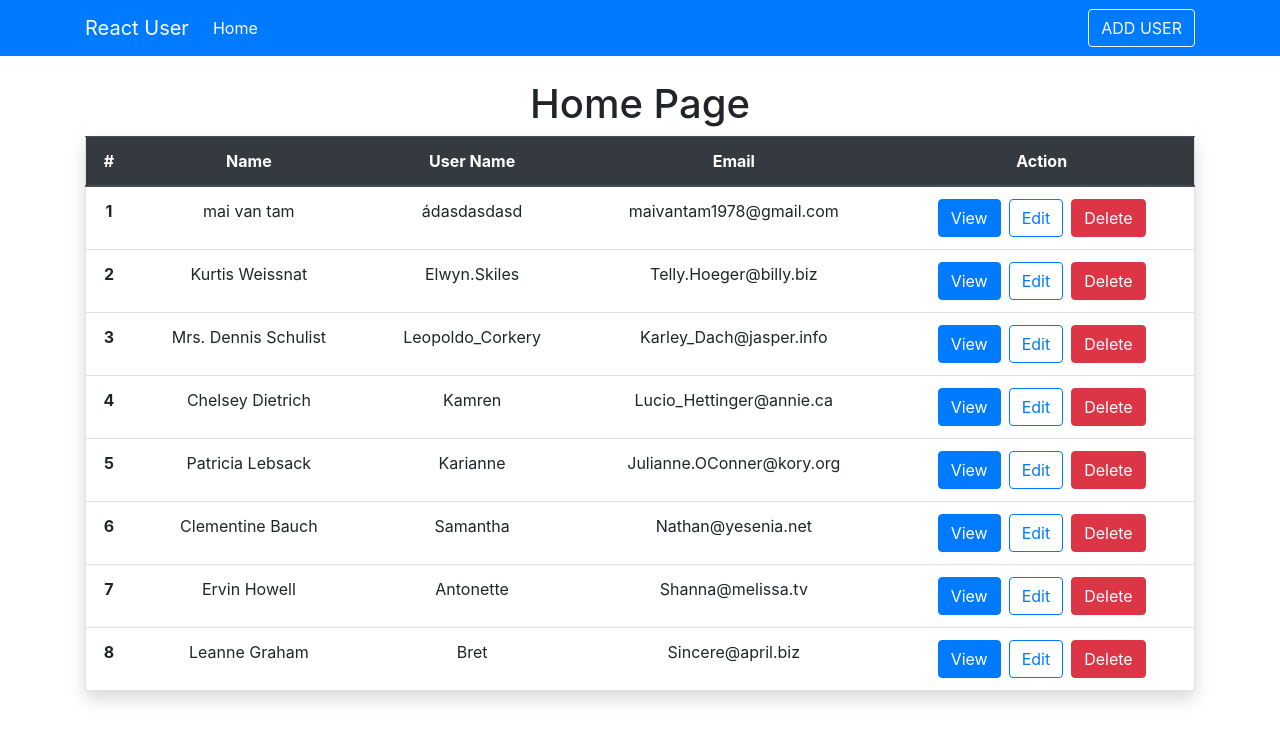
Repository: tammv/crud_product
Page: /
An editor plug-in stored every save of this project. The page is shown before and after the next save, followed by the edit.
The browser window is 1280 px wide. The pictures show the whole page.
The project was rebuilt for these pictures with package versions that can differ from the ones it lists, and the page was loaded fresh each time. Requests to the local data server were answered from the project's data file. Also part of the build but not shown: src/index.css, src/components/pages/NotFound.js, src/components/users/AddUser.js, src/components/users/UpdateUser.js, src/components/users/User.js.

Above is the page before, as saved 2023-07-09 14:53:14.

### src/App.js
import "./App.css";
import React from "react";
import "../node_modules/bootstrap/dist/css/bootstrap.css";
import Home from "./components/pages/Home";
import Navbar from "./components/layout/Navbar";
import { BrowserRouter as Router, Route, Routes } from "react-router-dom";
import NotFound from "./components/pages/NotFound";
import AddUser from "./components/users/AddUser";
import UpdateUser from "./components/users/UpdateUser";
import User from "./components/users/User";

function App(props) {
  return (
    <Router>
      <div className="App">
        <Navbar />

        <Routes>
          <Route exact path="/" element={<Home />} />
          <Route exact path="/users/add" element={<AddUser />} />
          <Route exact path="/users/update/:id" element={<UpdateUser />} />
          <Route exact path="/users/:id" element={<User />}></Route>
          <Route component={NotFound} />
        </Routes>
      </div>
    </Router>
  );
}
export default App;

### src/components/pages/Home.js
import React, { useState, useEffect } from "react";
import axios from "axios";
import { Link } from "react-router-dom";

const Home = () => {
  const [users, setUser] = useState([]);

  useEffect(() => {
    loadUsers();
  }, []);

  const loadUsers = async () => {
    const result = await axios.get("http://localhost:3000/users");
    setUser(result.data.reverse());
  };

  const deleteUser = async (id) => {
    await axios.delete(`http://localhost:3000/users/${id}`);
    loadUsers();
  };

  return (
    <div className="container">
      <div className="py-4">
        <h1>Home Page</h1>
        <table class="table border shadow">
          <thead class="thead-dark">
            <tr>
              <th scope="col">#</th>
              <th scope="col">Name</th>
              <th scope="col">User Name</th>
              <th scope="col">Email</th>
              <th>Action</th>
            </tr>
          </thead>
          <tbody>
            {users.map((user, index) => (
              <tr>
                <th scope="row">{index + 1}</th>
                <td>{user.name}</td>
                <td>{user.username}</td>
                <td>{user.email}</td>
                <td>
                  <Link class="btn btn-primary mr-2" to={`/users/${user.id}`}>
                    View
                  </Link>
                  <Link class="btn btn-outline-primary mr-2" to={`/users/edit/${user.id}`}>
                    Edit
                  </Link>
                  <Link class="btn btn-danger" onClick={() => deleteUser(user.id)}>
                    Delete
                  </Link>
                </td>
              </tr>
            ))}
          </tbody>
        </table>
      </div>
    </div>
  );
};

export default Home;

### src/components/layout/Navbar.js
import React from "react";
import { Link, NavLink } from "react-router-dom";

const Navbar = () => {
  return (
    <nav className="navbar navbar-expand-lg navbar-dark bg-primary">
      <div className="container">
        <Link className="navbar-brand" to="#">
          React User
        </Link>
        <button
          className="navbar-toggler"
          type="button"
          data-toggle="collapse"
          data-target="#navbarSupportedContent"
          aria-controls="navbarSupportedContent"
          aria-expanded="false"
          aria-label="Toggle navigation"
        >
          <span className="navbar-toggler-icon"></span>
        </button>

        <div className="collapse navbar-collapse">
          <ul className="navbar-nav mr-auto">
            <li className="nav-item ">
              <NavLink className="nav-link" exact to="/">
                Home
              </NavLink>
            </li>
          </ul>
        </div>

        <Link className="btn btn-outline-light" to="/users/add">
          ADD USER
        </Link>
      </div>
    </nav>
  );
};

export default Navbar;

### db.json
{
  "users": [
    {
      "id": 1,
      "name": "Leanne Graham",
      "username": "Bret",
      "email": "Sincere@april.biz",
      "address": {
        "street": "Kulas Light",
        "suite": "Apt. 556",
        "city": "Gwenborough",
        "zipcode": "92998-3874",
        "geo": {
          "lat": "-37.3159",
          "lng": "81.1496"
        }
      },
      "phone": "1-770-736-8031 x56442",
      "website": "hildegard.org",
      "company": {
        "name": "Romaguera-Crona",
        "catchPhrase": "Multi-layered client-server neural-net",
        "bs": "harness real-time e-markets"
      }
    },
    {
      "id": 2,
      "name": "Ervin Howell",
      "username": "Antonette",
      "email": "Shanna@melissa.tv",
      "address": {
        "street": "Victor Plains",
        "suite": "Suite 879",
        "city": "Wisokyburgh",
        "zipcode": "90566-7771",
        "geo": {
          "lat": "-43.9509",
          "lng": "-34.4618"
        }
      },
      "phone": "010-692-6593 x09125",
      "website": "anastasia.net",
      "company": {
        "name": "Deckow-Crist",
        "catchPhrase": "Proactive didactic contingency",
        "bs": "synergize scalable supply-chains"
      }
    },
    {
      "id": 3,
      "name": "Clementine Bauch",
      "username": "Samantha",
      "email": "Nathan@yesenia.net",
      "address": {
        "street": "Douglas Extension",
        "suite": "Suite 847",
        "city": "McKenziehaven",
        "zipcode": "59590-4157",
        "geo": {
          "lat": "-68.6102",
          "lng": "-47.0653"
        }
      },
      "phone": "1-463-123-4447",
      "website": "ramiro.info",
      "company": {
        "name": "Romaguera-Jacobson",
        "catchPhrase": "Face to face bifurcated interface",
        "bs": "e-enable strategic applications"
      }
    },
    {
      "id": 4,
      "name": "Patricia Lebsack",
      "username": "Karianne",
      "email": "Julianne.OConner@kory.org",
      "address": {
        "street": "Hoeger Mall",
        "suite": "Apt. 692",
        "city": "South Elvis",
        "zipcode": "53919-4257",
        "geo": {
          "lat": "29.4572",
          "lng": "-164.2990"
        }
      },
      "phone": "493-170-9623 x156",
      "website": "kale.biz",
      "company": {
        "name": "Robel-Corkery",
        "catchPhrase": "Multi-tiered zero tolerance productivity",
        "bs": "transition cutting-edge web services"
      }
    },
    {
      "id": 5,
      "name": "Chelsey Dietrich",
      "username": "Kamren",
      "email": "Lucio_Hettinger@annie.ca",
      "address": {
        "street": "Skiles Walks",
        "suite": "Suite 351",
        "city": "Roscoeview",
        "zipcode": "33263",
        "geo": {
          "lat": "-31.8129",
          "lng": "62.5342"
        }
      },
      "phone": "(254)954-1289",
      "website": "demarco.info",
      "company": {
        "name": "Keebler LLC",
        "catchPhrase": "User-centric fault-tolerant solution",
        "bs": "revolutionize end-to-end systems"
      }
    },
    {
      "id": 6,
      "name": "Mrs. Dennis Schulist",
      "username": "Leopoldo_Corkery",
      "email": "Karley_Dach@jasper.info",
      "address": {
        "street": "Norberto Crossing",
        "suite": "Apt. 950",
        "city": "South Christy",
        "zipcode": "23505-1337",
        "geo": {
          "lat": "-71.4197",
          "lng": "71.7478"
        }
      },
      "phone": "1-477-935-8478 x6430",
      "website": "ola.org",
      "company": {
        "name": "Considine-Lockman",
        "catchPhrase": "Synchronised bottom-line interface",
        "bs": "e-enable innovative applications"
      }
    },
    {
      "id": 7,
      "name": "Kurtis Weissnat",
      "username": "Elwyn.Skiles",
      "email": "Telly.Hoeger@billy.biz",
      "address": {
        "street": "Rex Trail",
        "suite": "Suite 280",
        "city": "Howemouth",
        "zipcode": "58804-1099",
        "geo": {
          "lat": "24.8918",
          "lng": "21.8984"
        }
      },
      "phone": "210.067.6132",
      "website": "elvis.io",
      "company": {
        "name": "Johns Group",
        "catchPhrase": "Configurable multimedia task-force",
        "bs": "generate enterprise e-tailers"
      }
    },
    {
      "name": "mai van tam",
      "username": "ádasdasdasd",
      "email": "maivantam1978@gmail.com",
      "phone": "0935541312",
      "website": "ádasdasd",
      "id": 8
    }
  ]
}

Loaded but not shown: public/index.html (common file); src/index.js (common file); src/App.css (common file)

After the next save:
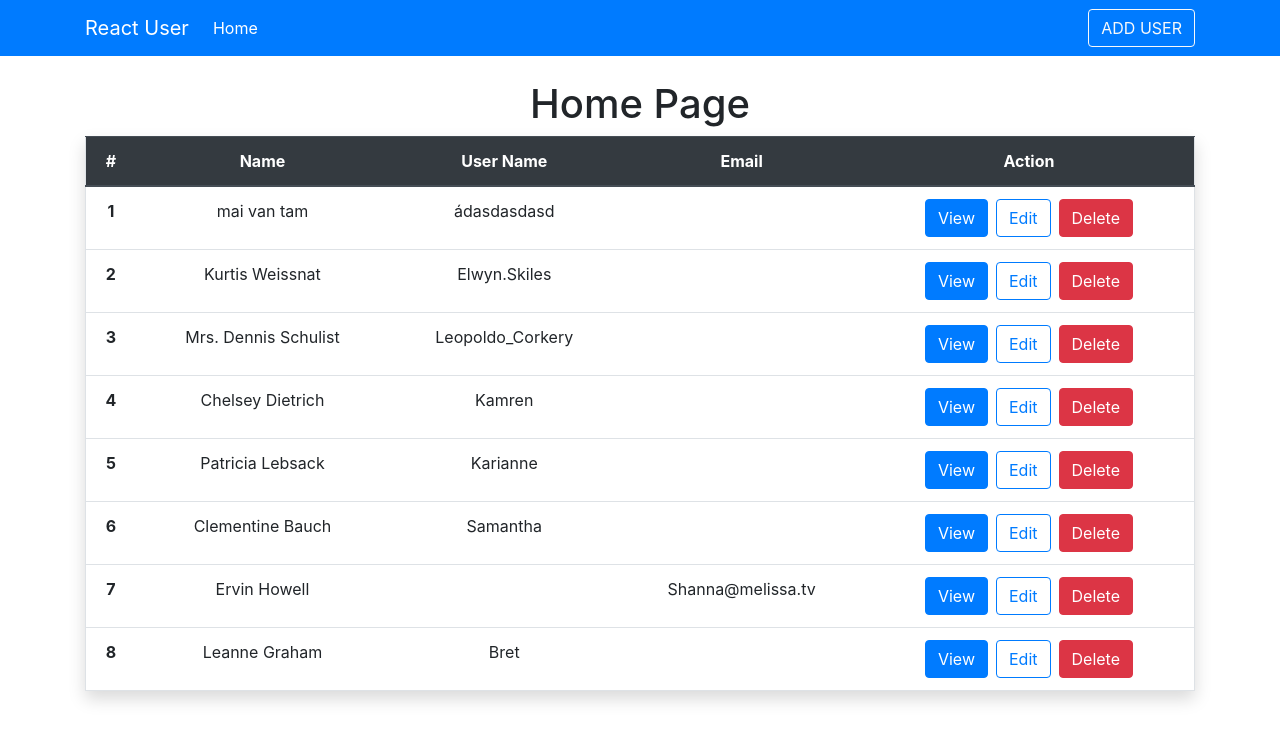
Saved 31 min 5 s later.
--- a/db.json
+++ b/db.json
@@ -3,170 +3,41 @@
     {
       "id": 1,
       "name": "Leanne Graham",
-      "username": "Bret",
-      "email": "Sincere@april.biz",
-      "address": {
-        "street": "Kulas Light",
-        "suite": "Apt. 556",
-        "city": "Gwenborough",
-        "zipcode": "92998-3874",
-        "geo": {
-          "lat": "-37.3159",
-          "lng": "81.1496"
-        }
-      },
-      "phone": "1-770-736-8031 x56442",
-      "website": "hildegard.org",
-      "company": {
-        "name": "Romaguera-Crona",
-        "catchPhrase": "Multi-layered client-server neural-net",
-        "bs": "harness real-time e-markets"
-      }
+      "username": "Bret"
     },
     {
       "id": 2,
       "name": "Ervin Howell",
-      "username": "Antonette",
-      "email": "Shanna@melissa.tv",
-      "address": {
-        "street": "Victor Plains",
-        "suite": "Suite 879",
-        "city": "Wisokyburgh",
-        "zipcode": "90566-7771",
-        "geo": {
-          "lat": "-43.9509",
-          "lng": "-34.4618"
-        }
-      },
-      "phone": "010-692-6593 x09125",
-      "website": "anastasia.net",
-      "company": {
-        "name": "Deckow-Crist",
-        "catchPhrase": "Proactive didactic contingency",
-        "bs": "synergize scalable supply-chains"
-      }
+      "email": "Shanna@melissa.tv"
     },
     {
       "id": 3,
       "name": "Clementine Bauch",
-      "username": "Samantha",
-      "email": "Nathan@yesenia.net",
-      "address": {
-        "street": "Douglas Extension",
-        "suite": "Suite 847",
-        "city": "McKenziehaven",
-        "zipcode": "59590-4157",
-        "geo": {
-          "lat": "-68.6102",
-          "lng": "-47.0653"
-        }
-      },
-      "phone": "1-463-123-4447",
-      "website": "ramiro.info",
-      "company": {
-        "name": "Romaguera-Jacobson",
-        "catchPhrase": "Face to face bifurcated interface",
-        "bs": "e-enable strategic applications"
-      }
+      "username": "Samantha"
     },
     {
       "id": 4,
       "name": "Patricia Lebsack",
-      "username": "Karianne",
-      "email": "Julianne.OConner@kory.org",
-      "address": {
-        "street": "Hoeger Mall",
-        "suite": "Apt. 692",
-        "city": "South Elvis",
-        "zipcode": "53919-4257",
-        "geo": {
-          "lat": "29.4572",
-          "lng": "-164.2990"
-        }
-      },
-      "phone": "493-170-9623 x156",
-      "website": "kale.biz",
-      "company": {
-        "name": "Robel-Corkery",
-        "catchPhrase": "Multi-tiered zero tolerance productivity",
-        "bs": "transition cutting-edge web services"
-      }
+      "username": "Karianne"
     },
     {
       "id": 5,
       "name": "Chelsey Dietrich",
-      "username": "Kamren",
-      "email": "Lucio_Hettinger@annie.ca",
-      "address": {
-        "street": "Skiles Walks",
-        "suite": "Suite 351",
-        "city": "Roscoeview",
-        "zipcode": "33263",
-        "geo": {
-          "lat": "-31.8129",
-          "lng": "62.5342"
-        }
-      },
-      "phone": "(254)954-1289",
-      "website": "demarco.info",
-      "company": {
-        "name": "Keebler LLC",
-        "catchPhrase": "User-centric fault-tolerant solution",
-        "bs": "revolutionize end-to-end systems"
-      }
+      "username": "Kamren"
     },
     {
       "id": 6,
       "name": "Mrs. Dennis Schulist",
-      "username": "Leopoldo_Corkery",
-      "email": "Karley_Dach@jasper.info",
-      "address": {
-        "street": "Norberto Crossing",
-        "suite": "Apt. 950",
-        "city": "South Christy",
-        "zipcode": "23505-1337",
-        "geo": {
-          "lat": "-71.4197",
-          "lng": "71.7478"
-        }
-      },
-      "phone": "1-477-935-8478 x6430",
-      "website": "ola.org",
-      "company": {
-        "name": "Considine-Lockman",
-        "catchPhrase": "Synchronised bottom-line interface",
-        "bs": "e-enable innovative applications"
-      }
+      "username": "Leopoldo_Corkery"
     },
     {
       "id": 7,
       "name": "Kurtis Weissnat",
-      "username": "Elwyn.Skiles",
-      "email": "Telly.Hoeger@billy.biz",
-      "address": {
-        "street": "Rex Trail",
-        "suite": "Suite 280",
-        "city": "Howemouth",
-        "zipcode": "58804-1099",
-        "geo": {
-          "lat": "24.8918",
-          "lng": "21.8984"
-        }
-      },
-      "phone": "210.067.6132",
-      "website": "elvis.io",
-      "company": {
-        "name": "Johns Group",
-        "catchPhrase": "Configurable multimedia task-force",
-        "bs": "generate enterprise e-tailers"
-      }
+      "username": "Elwyn.Skiles"
     },
     {
       "name": "mai van tam",
       "username": "ádasdasdasd",
-      "email": "maivantam1978@gmail.com",
-      "phone": "0935541312",
-      "website": "ádasdasd",
       "id": 8
     }
   ]
